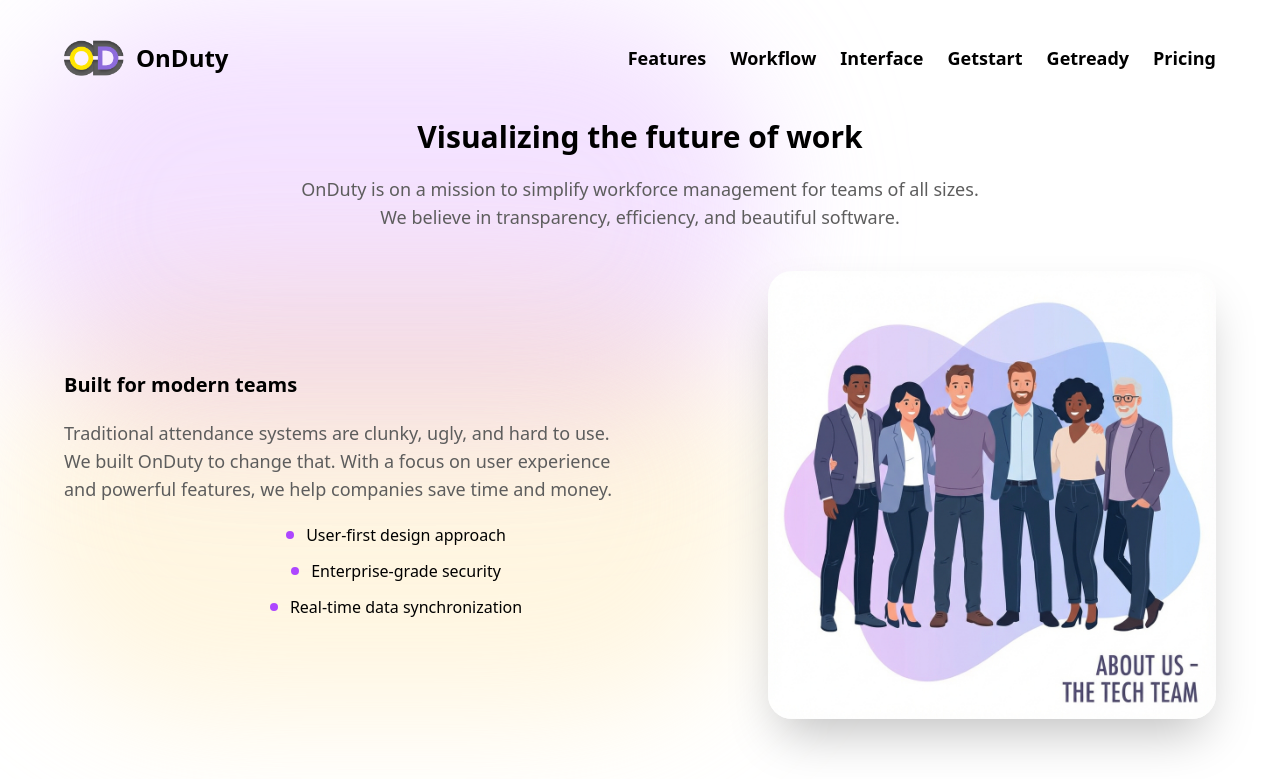
Repository: shekharzorin/ONDUTY-V1
Page: /about
These files come from the project's save history. The page is drawn as it stood at one moment and after the next save; the edit follows.
The browser window is 1280 px wide. The pictures show the whole page.
The project was rebuilt for these pictures with package versions that can differ from the ones it lists, and the page was loaded fresh each time. The framework's server and built-in components were replaced by stand-ins that run in the browser. Also part of the build but not shown: next.config.mjs, vite.config.js, app/components/ui/Crossicon.tsx.

Above is the page before, as saved 2026-01-17 16:14:32.

### app/layout.tsx
import type { Metadata } from "next";
import { Geist, Geist_Mono } from "next/font/google";
import "./globals.css";
import Navbar from "./components/header/Navbar";

const geistSans = Geist({
  variable: "--font-geist-sans",
  subsets: ["latin"],
});

const geistMono = Geist_Mono({
  variable: "--font-geist-mono",
  subsets: ["latin"],
});

export const metadata: Metadata = {
  title: "Create Next App",
  description: "Generated by create next app",
};

export default function RootLayout({
  children,
}: Readonly<{
  children: React.ReactNode;
}>) {
  return (
    <html lang="en">
      <body
        className={`${geistSans.variable} ${geistMono.variable} antialiased`}
      >
        <Navbar />
        {children}
      </body>
    </html>
  );
}

### app/about/page.tsx
import About from '../components/sections/about'

const page = () => {
  return (
    <About/>
  )
}

export default page

### app/globals.css
@import "tailwindcss";

:root {
  --color-primary: #8d6bdc;
  --color-secondary: #e0d4ff;
  --color-bg: #efefef;
  --color-sidebar: #ffffff;
  --color-gray: #5d5d5d;
}

html {
  scroll-behavior: smooth;
}




.flip-card {
  perspective: 1000px;
}

.flip-card-inner {
  transform-style: preserve-3d;
}

.flip-card-front,
.flip-card-back {
  position: absolute;
  width:auto;
  height:auto;
  backface-visibility: hidden;
}

.flip-card-back {
  transform: rotateY(180deg);
}

### app/components/header/Navbar.tsx
"use client";

import Logo from "@/public/images/od_logo.png";
import Image from "next/image";
import Link from "next/link";
import { usePathname } from "next/navigation";
import { useEffect, useState } from "react";
import { MdMenu } from "react-icons/md";
import { motion, AnimatePresence } from "framer-motion";
import { useRouter } from "next/navigation";
import Crossicon from "../ui/Crossicon";

export const navLinks = [
  { name: "Features", id: "features" },
  { name: "Workflow", id: "workflow" },
  { name: "Interface", id: "interface" },
  { name: "Getstart", id: "getstart" },
  { name: "Getready", id: "getready" },
  { name: "Pricing", path: "/pricing/" },
];

const Navbar = () => {
  const pathname = usePathname();
  const [isScrolled, setIsScrolled] = useState(false);
  const [isNavOpen, setIsNavOpen] = useState(false);
  const router = useRouter();
  const [activeSection, setActiveSection] = useState<string | null>(null);

  const handleScrollNav = (id: string) => {
    setActiveSection(id);
    router.push(`/#${id}`);
  };

  useEffect(() => {
    if (pathname !== "/") {
      setActiveSection(null);
    }
  }, [pathname]);

  useEffect(() => {
    if (pathname !== "/") return;
    const hash = window.location.hash.replace("#", "");
    if (hash) {
      setActiveSection(hash);
    } else {
      setActiveSection("features");
    }
  }, [pathname]);

  useEffect(() => {
    const handleScroll = () => setIsScrolled(window.scrollY > 20);
    window.addEventListener("scroll", handleScroll);
    return () => window.removeEventListener("scroll", handleScroll);
  }, []);

  useEffect(() => {
    if (isNavOpen) {
      document.body.style.overflow = "hidden";
    } else {
      document.body.style.overflow = "";
    }
    return () => {
      document.body.style.overflow = "";
    };
  }, [isNavOpen]);

  useEffect(() => {
    if (pathname !== "/") return;

    const sections = [
      "features",
      "workflow",
      "interface",
      "getready",
      "getstart",
    ];
    let locked = true;

    const unlock = () => (locked = false);
    window.addEventListener("scroll", unlock, { once: true });

    const observer = new IntersectionObserver(
      (entries) => {
        if (locked) return;

        entries.forEach((entry) => {
          if (entry.isIntersecting) {
            const id = entry.target.id;

            // 1️⃣ Update active state
            setActiveSection(id);

            // 2️⃣ Update URL hash WITHOUT navigation
            router.replace(`/#${id}`, { scroll: false });
          }
        });
      },
      {
        rootMargin: "-45% 0px -45% 0px",
        threshold: 0,
      }
    );

    sections.forEach((id) => {
      const el = document.getElementById(id);
      if (el) observer.observe(el);
    });

    return () => observer.disconnect();
  }, [pathname, router]);

  return (
    <header
      className={`fixed top-0 left-0 right-0 z-50 border-b transition-all ${
        isScrolled
          ? "bg-transparent backdrop-blur-md border-white shadow-lg py-0"
          : "bg-transparent border-transparent py-5"
      }`}
    >
      <div className="mx-auto w-full px-4 sm:px-6 md:px-8 lg:px-12 xl:px-16 2xl:px-24 max-w-384 py-2 flex items-center justify-between">
        <div className="flex gap-2 lg:gap-3 items-center">
          <Image
            src={Logo}
            alt="Onduty Logo"
            height={60}
            width={60}
            className="flex h-10 w-10 md:h-12 md:w-12 lg:h-15 lg:w-15"
          />
          <h1 className="text-2xl lg:text-2xl font-bold">OnDuty</h1>
        </div>

        {/* Desktop Navbar */}
        <nav className="hidden lg:flex gap-6">
          {navLinks.map((item) => {
            // SCROLL ITEM
            if (item.id) {
              return (
                <button
                  key={item.id}
                  onClick={() => handleScrollNav(item.id)}
                  className={`relative lg:font-semibold xl:font-bold text-lg transition-colors duration-300
                    after:absolute after:left-0 after:-bottom-1 after:h-1
                    after:rounded-full after:bg-(--color-primary)
                    after:transition-all after:duration-300
                    ${
                      activeSection === item.id && pathname === "/"
                        ? "text-(--color-primary)"
                        : "after:w-0 hover:after:w-full"
                    }
                  `}
                >
                  {item.name}
                </button>
              );
            }

            // ROUTE ITEM
            const isActive = pathname === item.path;

            return (
              <Link
                key={item.path}
                href={item.path!}
                className={`relative lg:font-semibold xl:font-bold text-lg transition-colors duration-300
                  after:absolute after:left-0 after:-bottom-1 after:h-1
                  after:rounded-full after:bg-(--color-primary)
                  after:transition-all after:duration-300
                  ${
                    isActive
                      ? "text-(--color-primary)"
                      : "after:w-0 hover:after:w-full"
                  }
                `}
              >
                {item.name}
              </Link>
            );
          })}
        </nav>

        <div className="lg:hidden gap-3">
          <div
            onClick={() => setIsNavOpen(true)}
            className="flex p-1 lg:hidden bg-(--color-secondary) rounded-full border-white border justify-center items-center"
          >
            <MdMenu size={28} className="opacity-10 animate-pulse" />
          </div>

          <AnimatePresence>
            {isNavOpen && (
              <motion.div
                className="fixed inset-0 backdrop-blur-sm bg-black/30 flex justify-end h-screen"
                initial={{ opacity: 0 }}
                animate={{ opacity: 1 }}
                exit={{ opacity: 1 }}
                transition={{ duration: 0.6 }}
              >
                {/* Drawer */}
                <motion.div
                  className="relative w-[70%] md:w-[60%] bg-(--color-sidebar) h-full flex items-center"
                  initial={{ x: "100%" }}
                  animate={{ x: 0 }}
                  exit={{ x: "100%" }}
                  onClick={(e: any) => e.stopPropagation()}
                  transition={{
                    duration: 0.35,
                    ease: "easeInOut",
                  }}
                >
                  {/* Close button */}
                  <div className="flex absolute top-7.25 right-4 md:right-8 lg:hidden z-20 ">
                    <Crossicon onClick={() => setIsNavOpen(false)} />
                  </div>

                  {/* Mobile Navbar */}
                  <nav className="flex flex-col gap-10 p-10 mt-10 w-full">
                    {navLinks.map((item) => {
                      if (item.id) {
                        return (
                          <button
                            key={item.id}
                            onClick={() => {
                              handleScrollNav(item.id);
                              setIsNavOpen(false);
                            }}
                            className={`py-2 w-full relative text-lg font-semibold md:font-bold text-left transition-colors
                              ${
                                activeSection === item.id && pathname === "/"
                                  ? "text-(--color-primary)"
                                  : "text-black/80 hover:text-(--color-primary)"
                              }
                            `}
                          >
                            {item.name}
                          </button>
                        );
                      }

                      const isActive = pathname === item.path;

                      return (
                        <Link
                          key={item.path}
                          href={item.path!}
                          onClick={() => setIsNavOpen(false)}
                          className={`relative text-lg font-semibold md:font-bold py-2
                            ${isActive ? "text-(--color-primary)" : ""}
                          `}
                        >
                          {item.name}
                        </Link>
                      );
                    })}
                  </nav>
                </motion.div>
              </motion.div>
            )}
          </AnimatePresence>
        </div>
      </div>
    </header>
  );
};

export default Navbar;

### app/components/sections/about.tsx
import team from "@/public/images/team.png";
import Image from "next/image";

const About = () => {
  return (
    <section className="relative px-4 sm:px-6 md:px-8 lg:px-12 xl:px-16 2xl:px-24 max-w-384 mx-auto">
      {/* Background flare */}
      <div className="absolute top-0 left-1/2 -translate-x-1/2 w-full h-full max-w-7xl pointer-events-none -z-10">
        <div className="absolute top-0 w-[60%] h-[60%] bg-[#eccfff] rounded-full blur-3xl opacity-60 mix-blend-multiply filter" />
        <div className="absolute bottom-0 w-[60%] h-[60%] bg-[#fff0cd] rounded-full blur-3xl opacity-60 mix-blend-multiply filter" />
      </div>
      <div className="flex flex-col gap-10 mb-15">
        <div className="flex flex-col items-center justify-center mt-30 text-center gap-5">
          <p className="text-2xl lg:text-3xl font-bold leading-[1.15]">
            Visualizing the future of work
          </p>
          <p className="md:text-lg text-(--color-gray)">
            OnDuty is on a mission to simplify workforce management for teams of
            all sizes. <br />
            We believe in transparency, efficiency, and beautiful software.
          </p>
        </div>

        <div className="flex flex-col lg:flex-row items-center justify-center lg:justify-between gap-10">
          <div className="flex flex-col gap-5 text-center lg:text-start">
            <p className="font-bold text-xl">Built for modern teams</p>

            <p className="text-balance md:text-lg text-(--color-gray)">
              Traditional attendance systems are clunky, ugly, and hard to use.
              We built OnDuty to change that. With a focus on user experience
              and powerful features, we help companies save time and money.
            </p>

            <ul className="space-y-3 flex flex-col items-center justify-start">
              <li className="flex items-start gap-3">
                <span className="mt-2 w-2 h-2 rounded-full bg-purple-500"></span>
                <span>User-first design approach</span>
              </li>

              <li className="flex items-start gap-3">
                <span className="mt-2 w-2 h-2 rounded-full bg-purple-500"></span>
                <span>Enterprise-grade security</span>
              </li>

              <li className="flex items-start gap-3">
                <span className="mt-2 w-2 h-2 rounded-full bg-purple-500"></span>
                <span>Real-time data synchronization</span>
              </li>
            </ul>
          </div>

          <Image
            src={team}
            alt="Team Image"
            height={300}
            width={300}
            className="relative rounded-3xl shadow-2xl md:w-sm xl:w-md"
          />
        </div>
      </div>
    </section>
  );
};

export default About;

After the next save:
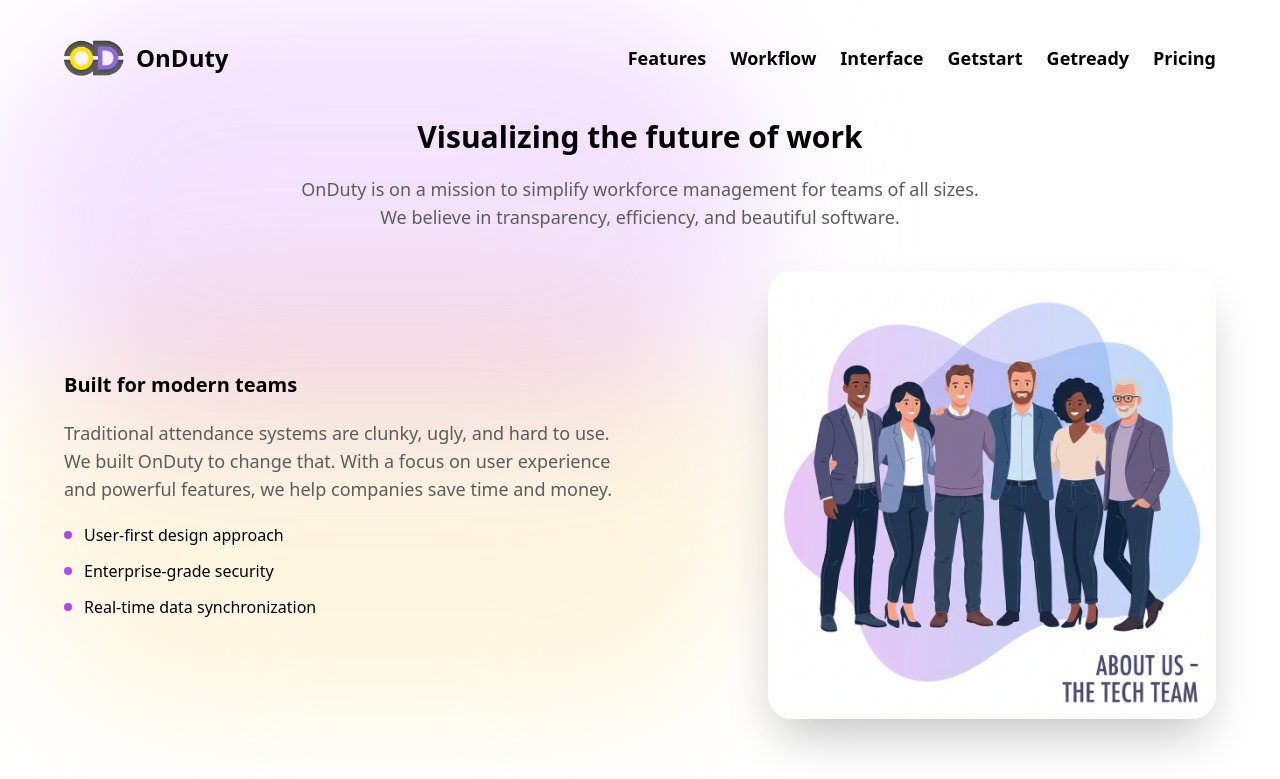
Saved 16 s later.
--- a/app/components/sections/about.tsx
+++ b/app/components/sections/about.tsx
@@ -31,7 +31,7 @@
               and powerful features, we help companies save time and money.
             </p>
 
-            <ul className="space-y-3 flex flex-col items-center justify-start">
+            <ul className="space-y-3 flex flex-col items-start">
               <li className="flex items-start gap-3">
                 <span className="mt-2 w-2 h-2 rounded-full bg-purple-500"></span>
                 <span>User-first design approach</span>

After the 2 saves that followed:
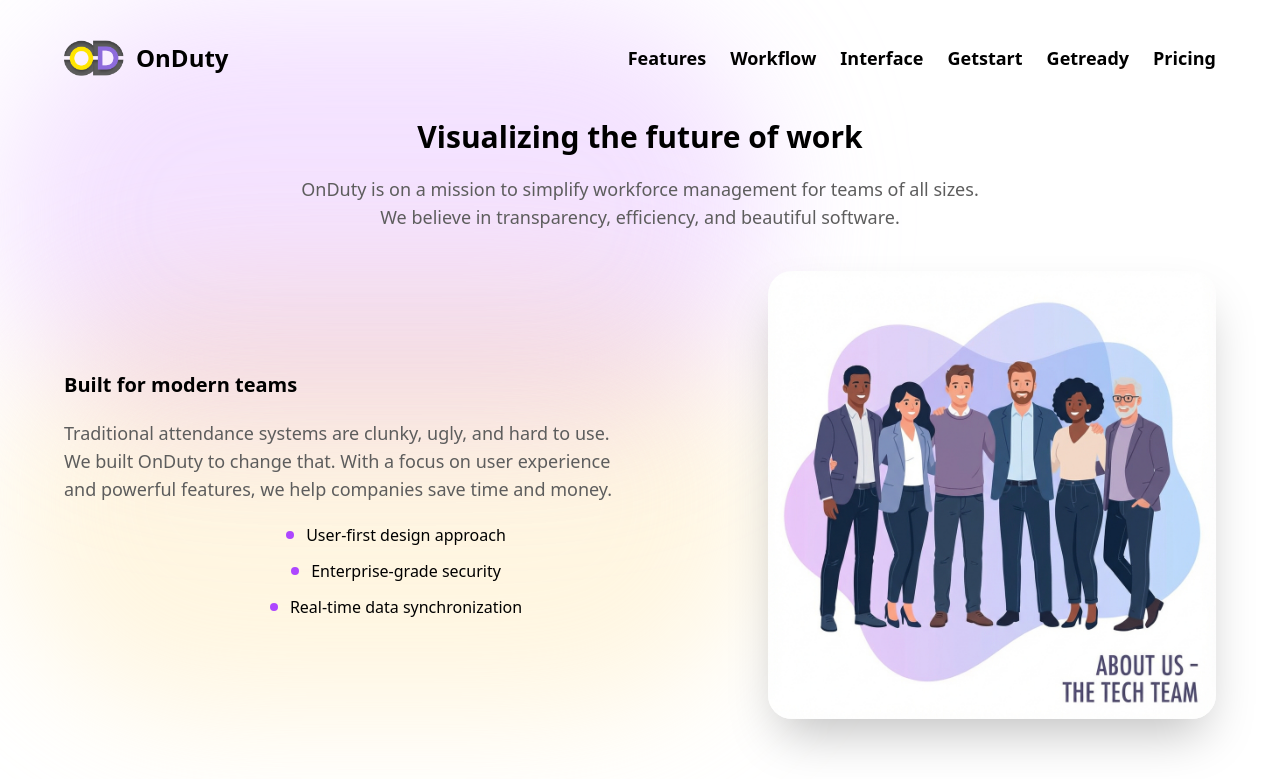
The 2 saves are shown as one change because 1 left the picture as it was.
The last was saved 27 s later.
--- a/app/components/sections/about.tsx
+++ b/app/components/sections/about.tsx
@@ -31,7 +31,7 @@
               and powerful features, we help companies save time and money.
             </p>
 
-            <ul className="space-y-3 flex flex-col items-start">
+            <ul className="space-y-3 flex flex-col items-center">
               <li className="flex items-start gap-3">
                 <span className="mt-2 w-2 h-2 rounded-full bg-purple-500"></span>
                 <span>User-first design approach</span>
